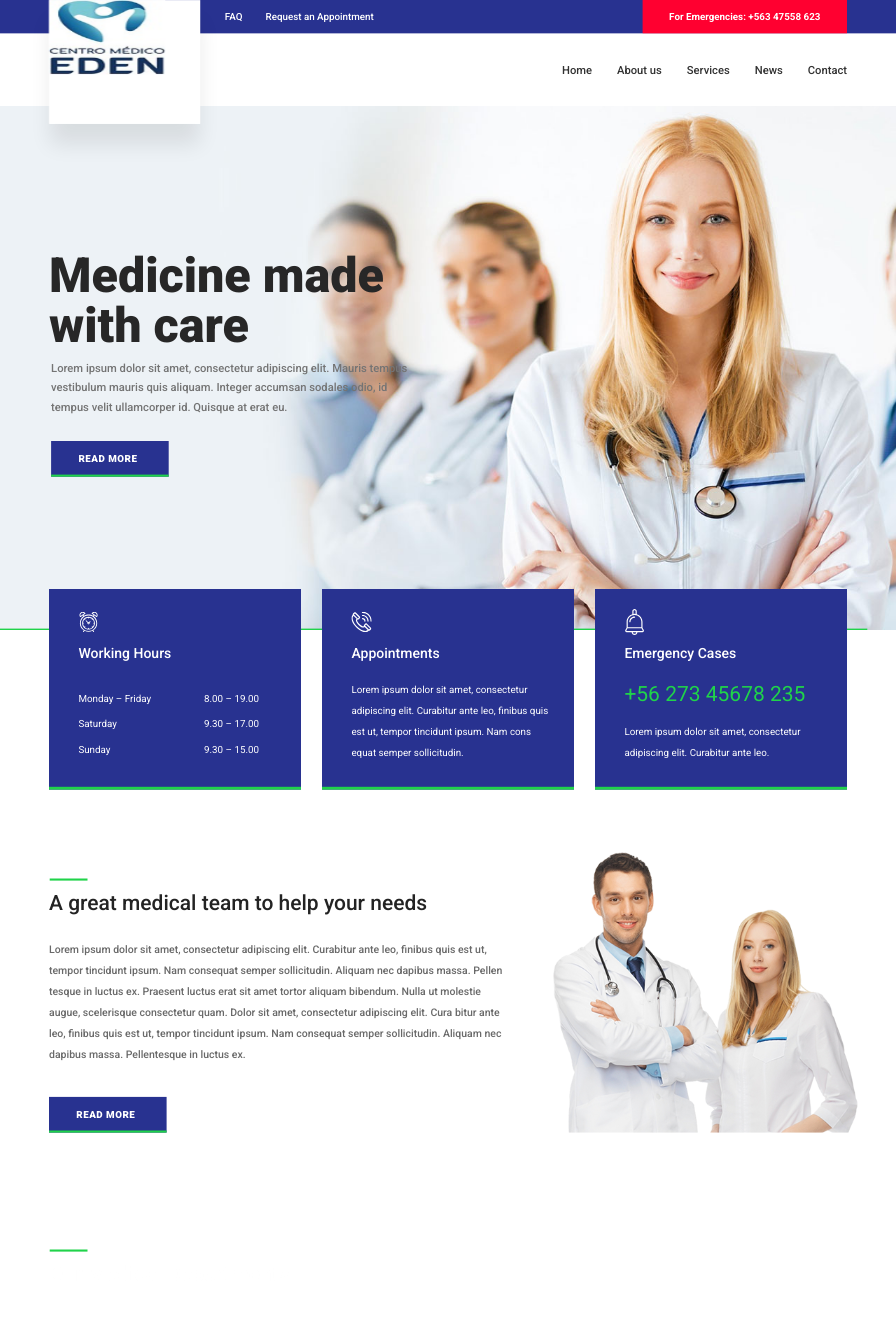
Repository: Nanitamo/centro-medico-eden-webpage
Page: index.html
The author's editor kept a copy of each file at every save. The page is drawn from the files as they stood at one save, then again after the next save.
The browser window is 1280 px wide. The pictures show the part of the page from y = 0 to 1920 px (the page is 4535 px tall), at 70% of full size.

Above is the page before, as saved 2020-06-18 13:00:48.

### index.html
<!DOCTYPE html>
<html lang="en">
<head>
<title>CareMed</title>
<meta charset="utf-8">
<meta http-equiv="X-UA-Compatible" content="IE=edge">
<meta name="description" content="CareMed demo project">
<meta name="viewport" content="width=device-width, initial-scale=1">
<link rel="stylesheet" type="text/css" href="styles/bootstrap4/bootstrap.min.css">
<link href="plugins/font-awesome-4.7.0/css/font-awesome.min.css" rel="stylesheet" type="text/css">
<link rel="stylesheet" type="text/css" href="plugins/OwlCarousel2-2.2.1/owl.carousel.css">
<link rel="stylesheet" type="text/css" href="plugins/OwlCarousel2-2.2.1/owl.theme.default.css">
<link rel="stylesheet" type="text/css" href="plugins/OwlCarousel2-2.2.1/animate.css">
<link rel="stylesheet" type="text/css" href="styles/main_styles.css">
<link rel="stylesheet" type="text/css" href="styles/responsive.css">
</head>
<body>

<div class="super_container">

	<!-- Header -->

	<header class="header trans_200">

		<!-- Top Bar -->
		<div class="top_bar">
			<div class="container">
				<div class="row">
					<div class="col">
						<div class="top_bar_content d-flex flex-row align-items-center justify-content-start">
							<div class="top_bar_item"><a href="#">FAQ</a></div>
							<div class="top_bar_item"><a href="#">Request an Appointment</a></div>
							<div class="emergencies  d-flex flex-row align-items-center justify-content-start ml-auto">For Emergencies: +563 47558 623</div>
						</div>

					</div>
				</div>
			</div>
		</div>

		<!-- Header Content -->
		<div class="header_container">
			<div class="container">
				<div class="row">
					<div class="col">
						<div class="header_content d-flex flex-row align-items-center justify-content-start">
							<nav class="main_nav ml-auto">
								<ul>
									<li><a href="index.html">Home</a></li>
									<li><a href="about.html">About us</a></li>
									<li><a href="services.html">Services</a></li>
									<li><a href="news.html">News</a></li>
									<li><a href="contact.html">Contact</a></li>
								</ul>
							</nav>
							<div class="hamburger ml-auto"><i class="fa fa-bars" aria-hidden="true"></i></div>
						</div>
					</div>
				</div>
			</div>
		</div>

		<!-- Logo -->
		<div class="logo_container_outer">
			<div class="container">
				<div class="row">
					<div class="col">
						<div class="logo_container">
							<a href="#">

									<!-- <div class="logo_line"></div>
									<div class="logo d-flex flex-row align-items-center justify-content-center">
										<div class="logo_text">Care<span>Med</span></div>
										<div class="logo_box">+</div>
									</div>
									<div class="logo_sub">Health Care Center</div> -->
									<img src="./images/logo.jpg" alt="Logotipo" width ="166" height="106">

							</a>
						</div>
					</div>
				</div>
			</div>
		</div>

	</header>

	<!-- Menu -->

	<div class="menu_container menu_mm">

		<!-- Menu Close Button -->
		<div class="menu_close_container">
			<div class="menu_close"></div>
		</div>

		<!-- Menu Items -->
		<div class="menu_inner menu_mm">
			<div class="menu menu_mm">
				<ul class="menu_list menu_mm">
					<li class="menu_item menu_mm"><a href="index.html">Home</a></li>
					<li class="menu_item menu_mm"><a href="about.html">About us</a></li>
					<li class="menu_item menu_mm"><a href="services.html">Services</a></li>
					<li class="menu_item menu_mm"><a href="news.html">News</a></li>
					<li class="menu_item menu_mm"><a href="contact.html">Contact</a></li>
				</ul>
			</div>
			<div class="menu_extra">
				<div class="menu_appointment"><a href="#">Request an Appointment</a></div>
				<div class="menu_emergencies">For Emergencies: +563 47558 623</div>
			</div>

		</div>

	</div>

	<!-- Home -->

	<div class="home">
		<div class="home_slider_container">
			<!-- Home Slider -->
			<div class="owl-carousel owl-theme home_slider">

				<!-- Slider Item -->
				<div class="owl-item">
					<div class="home_slider_background" style="background-image:url(images/home_background_1.jpg)"></div>
					<div class="home_content">
						<div class="container">
							<div class="row">
								<div class="col">
									<div class="home_content_inner">
										<div class="home_title"><h1>Medicine made with care</h1></div>
										<div class="home_text">
											<p>Lorem ipsum dolor sit amet, consectetur adipiscing elit. Mauris tempus vestibulum mauris quis aliquam. Integer accumsan sodales odio, id tempus velit ullamcorper id. Quisque at erat eu.</p>
										</div>
										<div class="button home_button">
											<a href="#">read more</a>
										</div>
									</div>
								</div>
							</div>
						</div>
					</div>
				</div>

				<!-- Slider Item -->
				<div class="owl-item">
					<div class="home_slider_background" style="background-image:url(images/home_background_1.jpg)"></div>
					<div class="home_content">
						<div class="container">
							<div class="row">
								<div class="col">
									<div class="home_content_inner">
										<div class="home_title"><h1>Medicine made with care</h1></div>
										<div class="home_text">
											<p>Lorem ipsum dolor sit amet, consectetur adipiscing elit. Mauris tempus vestibulum mauris quis aliquam. Integer accumsan sodales odio, id tempus velit ullamcorper id. Quisque at erat eu.</p>
										</div>
										<div class="button home_button">
											<a href="#">read more</a>
										</div>
									</div>
								</div>
							</div>
						</div>
					</div>
				</div>

				<!-- Slider Item -->
				<div class="owl-item">
					<div class="home_slider_background" style="background-image:url(images/home_background_1.jpg)"></div>
					<div class="home_content">
						<div class="container">
							<div class="row">
								<div class="col">
									<div class="home_content_inner">
										<div class="home_title"><h1>Medicine made with care</h1></div>
										<div class="home_text">
											<p>Lorem ipsum dolor sit amet, consectetur adipiscing elit. Mauris tempus vestibulum mauris quis aliquam. Integer accumsan sodales odio, id tempus velit ullamcorper id. Quisque at erat eu.</p>
										</div>
										<div class="button home_button">
											<a href="#">read more</a>
										</div>
									</div>
								</div>
							</div>
						</div>
					</div>
				</div>

			</div>

			<!-- Slider Progress -->
			<div class="home_slider_progress"></div>
		</div>
	</div>

	<!-- 3 Boxes -->

	<div class="boxes">
		<div class="container">
			<div class="row">

				<!-- Box -->
				<div class="col-lg-4 box_col">
					<div class="box working_hours">
						<div class="box_icon d-flex flex-column align-items-start justify-content-center"><div style="width:29px; height:29px;"><img src="images/alarm-clock.svg" alt=""></div></div>
						<div class="box_title">Working Hours</div>
						<div class="working_hours_list">
							<ul>
								<li class="d-flex flex-row align-items-center justify-content-start">
									<div>Monday – Friday</div>
									<div class="ml-auto">8.00 – 19.00</div>
								</li>
								<li class="d-flex flex-row align-items-center justify-content-start">
									<div>Saturday</div>
									<div class="ml-auto">9.30 – 17.00</div>
								</li>
								<li class="d-flex flex-row align-items-center justify-content-start">
									<div>Sunday</div>
									<div class="ml-auto">9.30 – 15.00</div>
								</li>
							</ul>
						</div>
					</div>
				</div>

				<!-- Box -->
				<div class="col-lg-4 box_col">
					<div class="box box_appointments">
						<div class="box_icon d-flex flex-column align-items-start justify-content-center"><div style="width: 29px; height:29px;"><img src="images/phone-call.svg" alt=""></div></div>
						<div class="box_title">Appointments</div>
						<div class="box_text">Lorem ipsum dolor sit amet, consectetur adipiscing elit. Curabitur ante leo, finibus quis est ut, tempor tincidunt ipsum. Nam cons equat semper sollicitudin.</div>
					</div>
				</div>

				<!-- Box -->
				<div class="col-lg-4 box_col">
					<div class="box box_emergency">
						<div class="box_icon d-flex flex-column align-items-start justify-content-center"><div style="width: 37px; height:37px; margin-left:-4px;"><img src="images/bell.svg" alt=""></div></div>
						<div class="box_title">Emergency Cases</div>
						<div class="box_phone">+56 273 45678 235</div>
						<div class="box_emergency_text">Lorem ipsum dolor sit amet, consectetur adipiscing elit. Curabitur ante leo.</div>
					</div>
				</div>

			</div>
		</div>
	</div>

	<!-- About -->

	<div class="about">
		<div class="container">
			<div class="row row-lg-eq-height">

				<!-- About Content -->
				<div class="col-lg-7">
					<div class="about_content">
						<div class="section_title"><h2>A great medical team to help your needs</h2></div>
						<div class="about_text">
							<p>Lorem ipsum dolor sit amet, consectetur adipiscing elit. Curabitur ante leo, finibus quis est ut, tempor tincidunt ipsum. Nam consequat semper sollicitudin. Aliquam nec dapibus massa. Pellen tesque in luctus ex. Praesent luctus erat sit amet tortor aliquam bibendum. Nulla ut molestie augue, scelerisque consectetur quam. Dolor sit amet, consectetur adipiscing elit. Cura bitur ante leo, finibus quis est ut, tempor tincidunt ipsum. Nam consequat semper sollicitudin. Aliquam nec dapibus massa. Pellentesque in luctus ex.</p>
						</div>
						<div class="button about_button">
							<a href="#">read more</a>
						</div>
					</div>
				</div>

				<!-- About Image -->
				<div class="col-lg-5">
					<div class="about_image"><img src="images/about.png" alt=""></div>
				</div>
			</div>
		</div>
	</div>

	<!-- Departments -->

	<div class="departments">
		<div class="departments_background parallax-window" data-parallax="scroll" data-image-src="images/departments.jpg" data-speed="0.8"></div>
		<div class="container">
			<div class="row">
				<div class="col">
					<div class="section_title section_title_light"><h2>Our Medical Departments</h2></div>
				</div>
			</div>
			<div class="row departments_row row-md-eq-height">

				<!-- Department -->
				<div class="col-lg-3 col-md-6 dept_col">
					<div class="dept">
						<div class="dept_image"><img src="images/dept_1.jpg" alt=""></div>
						<div class="dept_content text-center">
							<div class="dept_title">plastic surgery</div>
							<div class="dept_subtitle">Dr. James Smith</div>
						</div>
					</div>
				</div>

				<!-- Department -->
				<div class="col-lg-3 col-md-6 dept_col">
					<div class="dept">
						<div class="dept_image"><img src="images/dept_2.jpg" alt=""></div>
						<div class="dept_content text-center">
							<div class="dept_title">gastroenterology</div>
							<div class="dept_subtitle">Dr. Gunter Roscoe</div>
						</div>
					</div>
				</div>

				<!-- Department -->
				<div class="col-lg-3 col-md-6 dept_col">
					<div class="dept">
						<div class="dept_image"><img src="images/dept_3.jpg" alt=""></div>
						<div class="dept_content text-center">
							<div class="dept_title">dentistry</div>
							<div class="dept_subtitle">Dr. Maria Williams</div>
						</div>
					</div>
				</div>

				<!-- Department -->
				<div class="col-lg-3 col-md-6 dept_col">
					<div class="dept">
						<div class="dept_text">
							<p>Lorem ipsum dolor sit amet, consectetur adipiscing elit. Curabitur ante leo, finibus quis est ut, tempor tincidunt ipsum. Nam consequat semper sollicitudin. Aliquam nec dap ibus massa. Pellen tesque in luctus ex.</p>
						</div>
						<div class="button dept_button"><a href="#">read more</a></div>
					</div>
				</div>
			</div>
		</div>
	</div>

	<!-- Services -->

	<div class="services">
		<div class="container">
			<div class="row">
				<div class="col">
					<div class="section_title"><h2>Our Featured Services</h2></div>
				</div>
			</div>
			<div class="row services_row">

				<!-- Service -->
				<div class="col-lg-4 col-md-6 service_col">
					<a href="services.html">
						<div class="service text-center trans_200">
							<div class="service_icon"><img class="svg" src="images/service_1.svg" alt=""></div>
							<div class="service_title trans_200">Free Checkups</div>
							<div class="service_text">
								<p>Lorem ipsum dolor sit amet, consectetur adipiscing elit. Curabitur ante leo, finibus quis est ut, tempor tincidunt ipsum. Nam consequat semper sollicitudin.</p>
							</div>
						</div>
					</a>
				</div>

				<!-- Service -->
				<div class="col-lg-4 col-md-6 service_col">
					<a href="services.html">
						<div class="service text-center trans_200">
							<div class="service_icon"><img class="svg" src="images/service_2.svg" alt=""></div>
							<div class="service_title trans_200">Screening Exams</div>
							<div class="service_text">
								<p>Lorem ipsum dolor sit amet, consectetur adipiscing elit. Curabitur ante leo, finibus quis est ut, tempor tincidunt ipsum. Nam consequat semper sollicitudin.</p>
							</div>
						</div>
					</a>
				</div>

				<!-- Service -->
				<div class="col-lg-4 col-md-6 service_col">
					<a href="services.html">
						<div class="service text-center trans_200">
							<div class="service_icon"><img class="svg" src="images/service_3.svg" alt=""></div>
							<div class="service_title trans_200">RMI Services</div>
							<div class="service_text">
								<p>Lorem ipsum dolor sit amet, consectetur adipiscing elit. Curabitur ante leo, finibus quis est ut, tempor tincidunt ipsum. Nam consequat semper sollicitudin.</p>
							</div>
						</div>
					</a>
				</div>

				<!-- Service -->
				<div class="col-lg-4 col-md-6 service_col">
					<a href="services.html">
						<div class="service text-center trans_200">
							<div class="service_icon"><img class="svg" src="images/service_4.svg" alt=""></div>
							<div class="service_title trans_200">Dentistry</div>
							<div class="service_text">
								<p>Lorem ipsum dolor sit amet, consectetur adipiscing elit. Curabitur ante leo, finibus quis est ut, tempor tincidunt ipsum. Nam consequat semper sollicitudin.</p>
							</div>
						</div>
					</a>
				</div>

				<!-- Service -->
				<div class="col-lg-4 col-md-6 service_col">
					<a href="services.html">
						<div class="service text-center trans_200">
							<div class="service_icon"><img class="svg" src="images/service_5.svg" alt=""></div>
							<div class="service_title trans_200">Neonatology</div>
							<div class="service_text">
								<p>Lorem ipsum dolor sit amet, consectetur adipiscing elit. Curabitur ante leo, finibus quis est ut, tempor tincidunt ipsum. Nam consequat semper sollicitudin.</p>
							</div>
						</div>
					</a>
				</div>

				<!-- Service -->
				<div class="col-lg-4 col-md-6 service_col">
					<a href="services.html">
						<div class="service text-center trans_200">
							<div class="service_icon"><img class="svg" src="images/service_6.svg" alt=""></div>
							<div class="service_title trans_200">Biochemistry</div>
							<div class="service_text">
								<p>Lorem ipsum dolor sit amet, consectetur adipiscing elit. Curabitur ante leo, finibus quis est ut, tempor tincidunt ipsum. Nam consequat semper sollicitudin.</p>
							</div>
						</div>
					</a>
				</div>
			</div>
		</div>
	</div>

	<!-- Call to action -->

	<div class="cta">
		<div class="cta_background parallax-window" data-parallax="scroll" data-image-src="images/cta.jpg" data-speed="0.8"></div>
		<div class="container">
			<div class="row">
				<div class="col">
					<div class="cta_content text-center">
						<h2>Need a personal health plan?</h2>
						<p>Duis massa massa, mollis vel ullamcorper quis, finibus et urna. Aliquam ac eleifend metus. Ut sollicitudin risus ex</p>
						<div class="button cta_button"><a href="#">request a plan</a></div>
					</div>
				</div>
			</div>
		</div>
	</div>

	<!-- Footer -->

	<footer class="footer">
		<div class="footer_container">
			<div class="container">
				<div class="row">

					<!-- Footer - About -->
					<div class="col-lg-4 footer_col">
						<div class="footer_about">
							<div class="footer_logo_container">
								<a href="#" class="d-flex flex-column align-items-center justify-content-center">
									<div class="logo_content">
										<div class="logo d-flex flex-row align-items-center justify-content-center">
											<div class="logo_text">Care<span>Med</span></div>
											<div class="logo_box">+</div>
										</div>
										<div class="logo_sub">Health Care Center</div>
									</div>
								</a>
							</div>
							<div class="footer_about_text">
								<p>Lorem ipsum dolor sit amet, conse ctetur adipiscing elit. Curabitur ante leo, finibus quis est ut, tempor tincidunt ipsum.</p>
							</div>
							<ul class="footer_about_list">
								<li><div class="footer_about_icon"><img src="images/phone-call.svg" alt=""></div><span>+45 677 8993000 223</span></li>
								<li><div class="footer_about_icon"><img src="images/envelope.svg" alt=""></div><span>office@template.com</span></li>
								<li><div class="footer_about_icon"><img src="images/placeholder.svg" alt=""></div><span>Main Str. no 45-46, b3, 56832, Los Angeles, CA</span></li>
							</ul>
						</div>
					</div>

					<!-- Footer - Links -->
					<div class="col-lg-4 footer_col">
						<div class="footer_links footer_column">
							<div class="footer_title">Useful Links</div>
							<ul>
								<li><a href="#">Testimonials</a></li>
								<li><a href="#">FAQ</a></li>
								<li><a href="#">Apply for a Job</a></li>
								<li><a href="#">Terms & Conditions</a></li>
								<li><a href="#">Our Partners</a></li>
								<li><a href="#">Services</a></li>
								<li><a href="#">Free services</a></li>
								<li><a href="#">About us</a></li>
								<li><a href="#">News</a></li>
								<li><a href="#">Contact</a></li>
								<li><a href="#">Our Screening Program</a></li>
								<li><a href="#">FAQ</a></li>
							</ul>
						</div>
					</div>

					<!-- Footer - News -->
					<div class="col-lg-4 footer_col">
						<div class="footer_news footer_column">
							<div class="footer_title">Useful Links</div>
							<ul>
								<li>
									<div class="footer_news_title"><a href="news.html">Aliquam ac eleifend metus</a></div>
									<div class="footer_news_date">March 10, 2018</div>
								</li>
								<li>
									<div class="footer_news_title"><a href="news.html">Donec in libero sit amet mi vulputate</a></div>
									<div class="footer_news_date">March 10, 2018</div>
								</li>
								<li>
									<div class="footer_news_title"><a href="news.html">Aliquam ac eleifend metus</a></div>
									<div class="footer_news_date">March 10, 2018</div>
								</li>
							</ul>
						</div>
					</div>
				</div>
			</div>
		</div>
		<div class="copyright">
			<div class="container">
				<div class="row">
					<div class="col">
						<div class="copyright_content d-flex flex-lg-row flex-column align-items-lg-center justify-content-start">
							<div class="cr"><!-- Link back to Colorlib can't be removed. Template is licensed under CC BY 3.0. -->
Copyright &copy;<script>document.write(new Date().getFullYear());</script> All rights reserved | This template is made with <i class="fa fa-heart-o" aria-hidden="true"></i> by <a href="https://colorlib.com" target="_blank">Colorlib</a>
<!-- Link back to Colorlib can't be removed. Template is licensed under CC BY 3.0. --></div>
							<div class="footer_social ml-lg-auto">
								<ul>
									<li><a href="#"><i class="fa fa-pinterest" aria-hidden="true"></i></a></li>
									<li><a href="#"><i class="fa fa-facebook" aria-hidden="true"></i></a></li>
									<li><a href="#"><i class="fa fa-twitter" aria-hidden="true"></i></a></li>
									<li><a href="#"><i class="fa fa-dribbble" aria-hidden="true"></i></a></li>
									<li><a href="#"><i class="fa fa-behance" aria-hidden="true"></i></a></li>
									<li><a href="#"><i class="fa fa-linkedin" aria-hidden="true"></i></a></li>
								</ul>
							</div>
						</div>
					</div>
				</div>
			</div>
		</div>
	</footer>
</div>

<script src="js/jquery-3.2.1.min.js"></script>
<script src="styles/bootstrap4/popper.js"></script>
<script src="styles/bootstrap4/bootstrap.min.js"></script>
<script src="plugins/OwlCarousel2-2.2.1/owl.carousel.js"></script>
<script src="plugins/easing/easing.js"></script>
<script src="plugins/parallax-js-master/parallax.min.js"></script>
<script src="js/custom.js"></script>
</body>
</html>

Loaded but not shown: styles/bootstrap4/bootstrap.min.css (library); plugins/font-awesome-4.7.0/css/font-awesome.min.css (library); plugins/OwlCarousel2-2.2.1/owl.carousel.css (library); plugins/OwlCarousel2-2.2.1/owl.theme.default.css (common file); plugins/OwlCarousel2-2.2.1/animate.css (library); js/jquery-3.2.1.min.js (library); styles/bootstrap4/popper.js (library); styles/bootstrap4/bootstrap.min.js (library); plugins/OwlCarousel2-2.2.1/owl.carousel.js (library); plugins/easing/easing.js (library); plugins/parallax-js-master/parallax.min.js (library); js/custom.js (204 lines, source omitted); styles/main_styles.css (1310 lines, source omitted); styles/responsive.css (427 lines, source omitted)

After the next save:
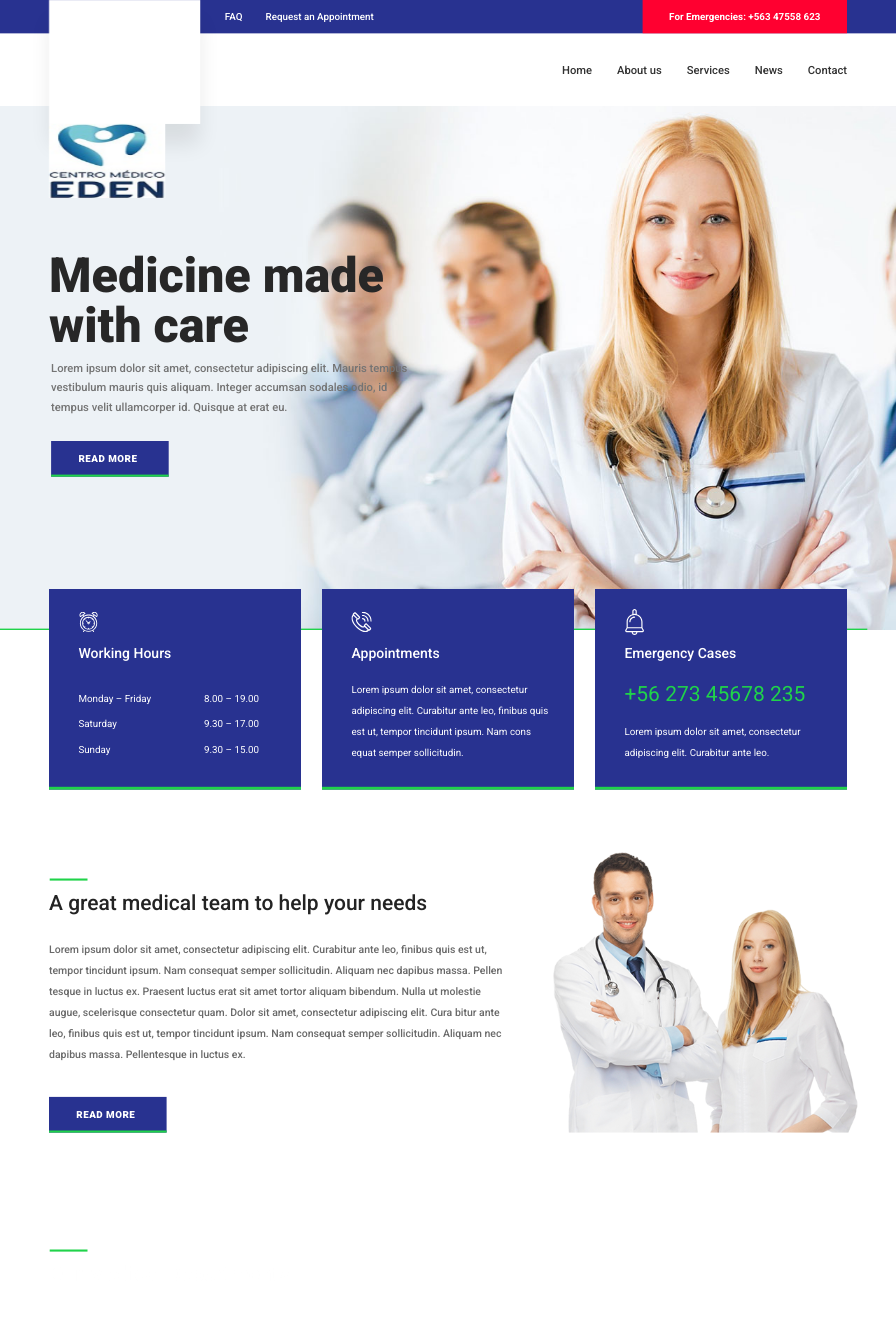
Saved 22 s later.
--- a/index.html
+++ b/index.html
@@ -67,7 +67,7 @@
 					<div class="col">
 						<div class="logo_container">
 							<a href="#">
-
+								<div class="logo_content d-flex flex-column align-items-start justify-content-center"></div>
 									<!-- <div class="logo_line"></div>
 									<div class="logo d-flex flex-row align-items-center justify-content-center">
 										<div class="logo_text">Care<span>Med</span></div>
@@ -75,7 +75,7 @@
 									</div>
 									<div class="logo_sub">Health Care Center</div> -->
 									<img src="./images/logo.jpg" alt="Logotipo" width ="166" height="106">
-
+								</div>
 							</a>
 						</div>
 					</div>
